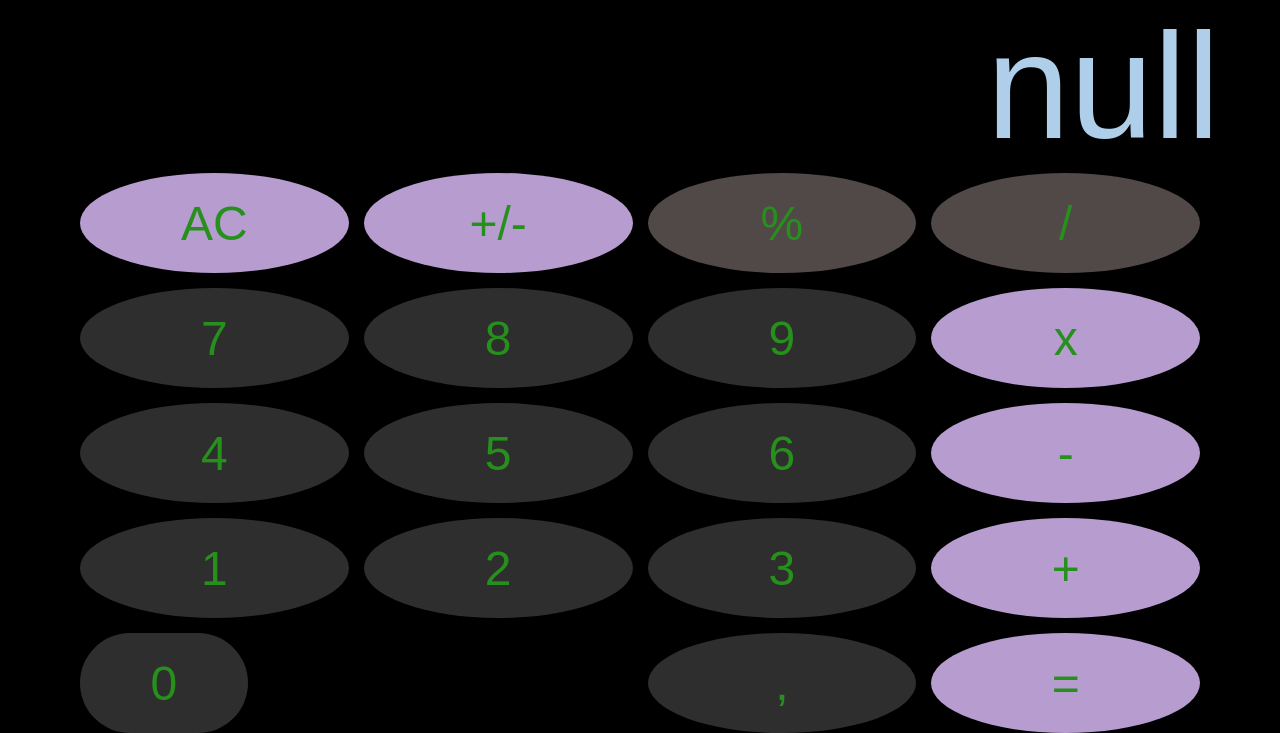
Repository: usalokiN/Web-calculator
Page: index.html
The author's editor kept a copy of each file at every save. The page is drawn from the files as they stood at one save, then again after a run of saves.
The browser window is 1280 px wide. The pictures show the whole page.
After loading, the first visible `button.numbers` was clicked once.

Above is the page before, as saved 2022-10-06 15:43:27.

After the next 2 saves:
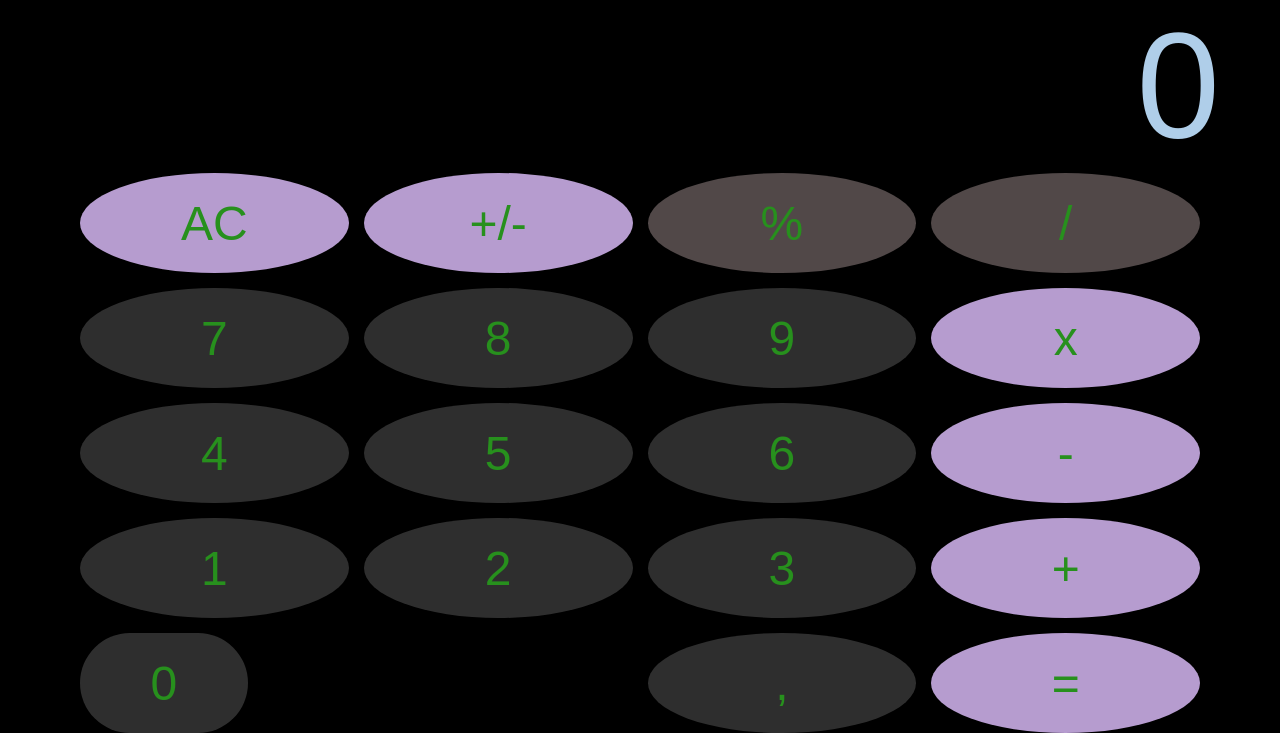
The 2 saves are shown as one change because they came seconds apart.
The last was saved 81 s later.
--- a/index.js
+++ b/index.js
@@ -15,7 +15,7 @@
 for (let i = 0; i <numbers.length; i++) {
     numbers[i].addEventListener('click', (e)=> {
         let atr = e.target.getAttribute('value');
-        if (isFirstValue === false) {
+        if (isFirstValue === true) {
             getFirstValue(atr);
         }
     });

After the save that followed:
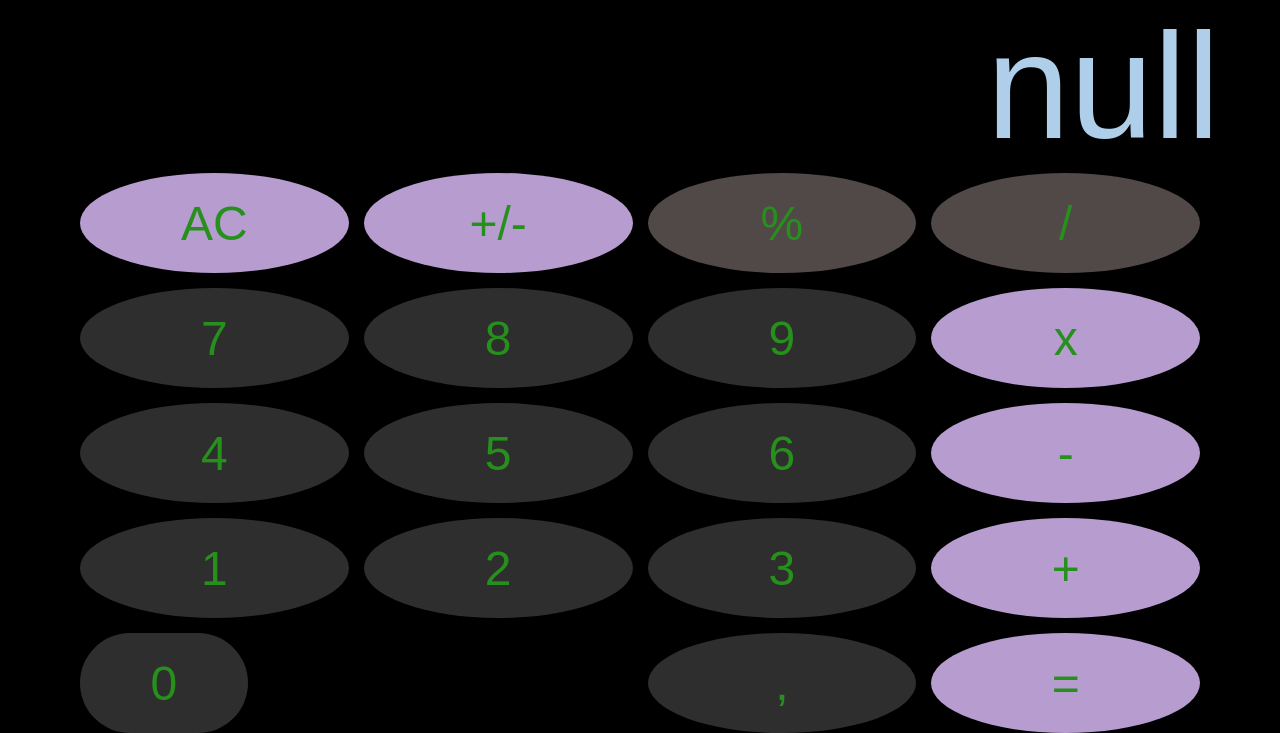
Saved 8 s later.
--- a/index.js
+++ b/index.js
@@ -15,7 +15,7 @@
 for (let i = 0; i <numbers.length; i++) {
     numbers[i].addEventListener('click', (e)=> {
         let atr = e.target.getAttribute('value');
-        if (isFirstValue === true) {
+        if (isFirstValue === false) {
             getFirstValue(atr);
         }
     });
